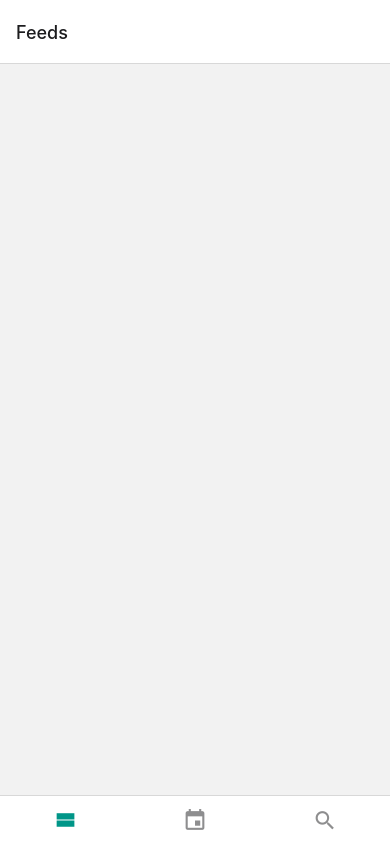
Repository: H-Rn-Study/haebzzang
Screen: / (app in DayLog/)
An editor plug-in stored every save of this project. The screen is shown before and after a run of saves, followed by the edit.
The app was drawn by React Native's web renderer in a window 390 px wide. The project was rebuilt for these pictures with package versions that can differ from the ones it lists, and the page was loaded fresh each time. Also part of the build but not shown: DayLog/screens/CalendarScreen.js, DayLog/screens/SearchScreen.js, DayLog/screens/WriteScreen.js.

Above is the screen before, as saved 2022-11-16 14:50:58.

After the next 3 saves:
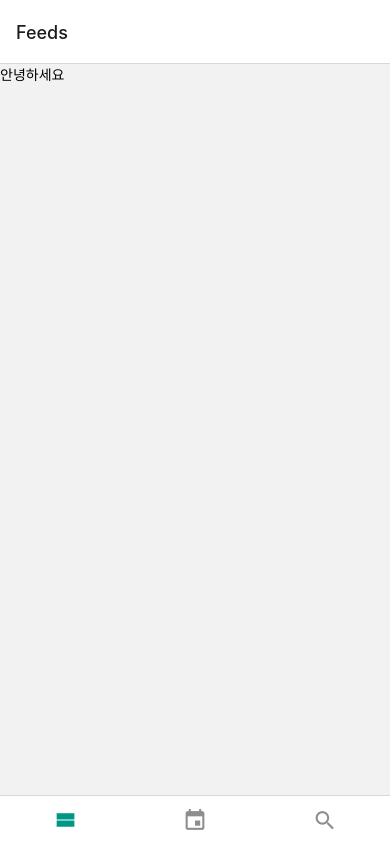
The 3 saves are shown as one change because 2 did not build or start.
The last was saved 3 min 7 s later.
--- a/DayLog/screens/FeedsScreen.js
+++ b/DayLog/screens/FeedsScreen.js
@@ -1,8 +1,15 @@
 import React from "react";
-import {StyleSheet, View} from 'react-native';
+import {StyleSheet, View, Text} from 'react-native';
+import LogContext from "../contexts/LogContext";
 
 function FeedsScreen() {
-    return <View style = {styles.block} />;
+    return (
+    <View style = {styles.block}>
+        <LogContext.Consumer>
+            {(value) => <Text>{value}</Text>}
+        </LogContext.Consumer>
+    </View>
+    );
 }
 
 const styles = StyleSheet.create({
